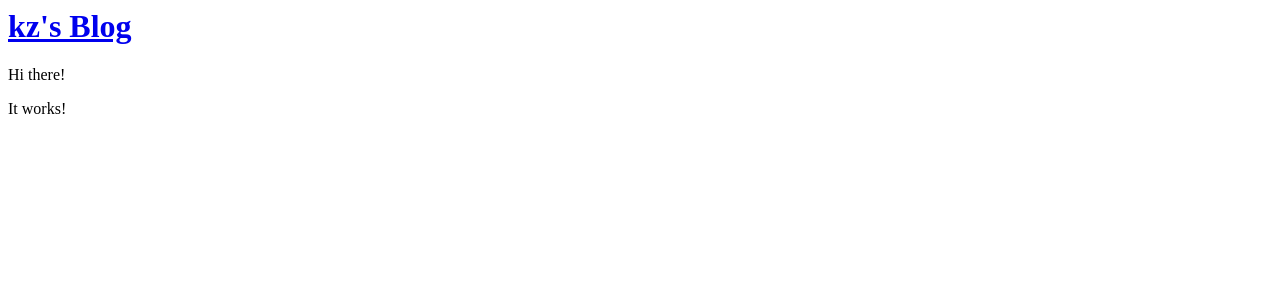
Repository: harakzi/my_second_blog
Page: blog/templates/blog/post_list.html
The author's editor kept a copy of each file at every save. The page is drawn from the files as they stood at one save, then again after a run of saves.
The browser window is 1280 px wide. The pictures show the whole page.

Above is the page before, as saved 2019-05-26 09:28:55.

### blog/templates/blog/post_list.html
<html>
	<head>
		<title>kz's blog</title>
	</head>
	<body>
		<div>
			<h1><a href="/">kz's Blog</a></h1>
		</div>

		<div>
			<p></p>

		</div>

	    <p>Hi there!</p>
	    <p>It works!</p>
	</body>
</html>

After the next 2 saves:
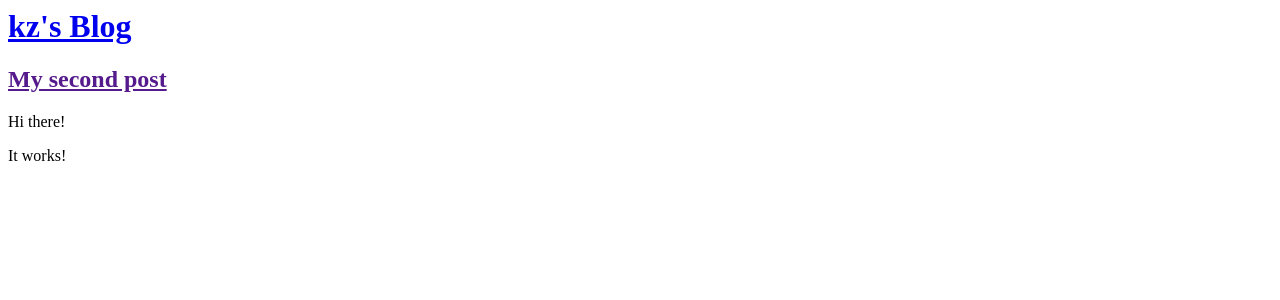
The 2 saves are shown as one change because they came seconds apart.
The last was saved 3 min 8 s later.
--- a/blog/templates/blog/post_list.html
+++ b/blog/templates/blog/post_list.html
@@ -8,8 +8,7 @@
 		</div>
 
 		<div>
-			<p></p>
-
+			<h2><a href="">My second post</a></h2>
 		</div>
 
 	    <p>Hi there!</p>
